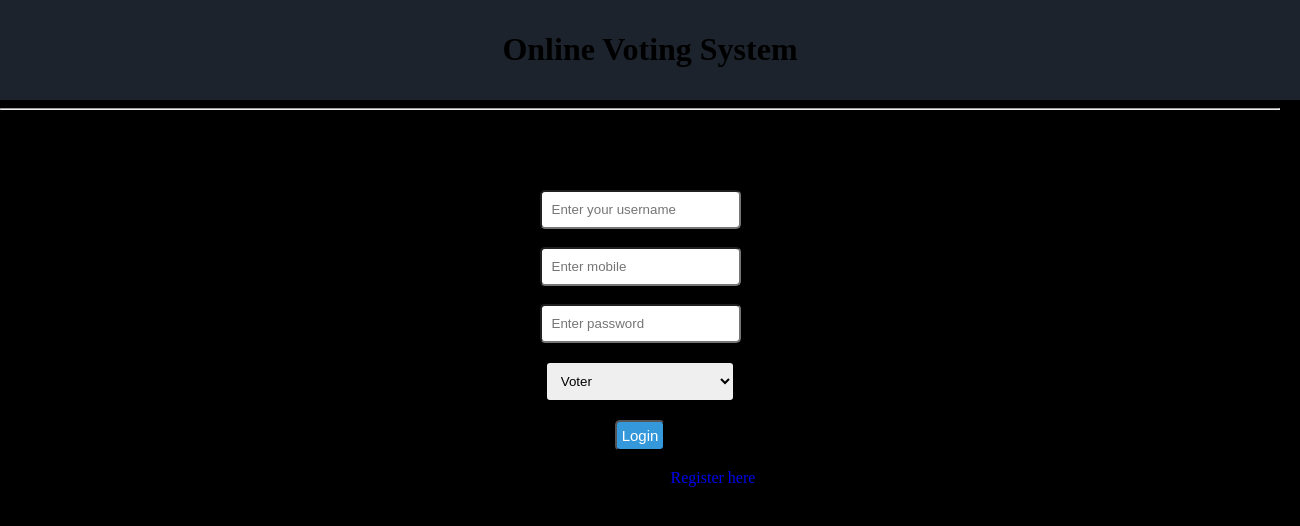
Repository: LeLoUcH-V-BrItAnIa/voting
Page: http://localhost/
These files come from the project's save history. The page is drawn as it stood at one moment and after the next save; the edit follows.
The browser window is 1280 px wide. The page is 1300 px wide, so the pictures cover 1300 px, including what lies to the right of the window. The pictures show the whole page.
The page is run by PHP 8.4 with error messages shown; the project is at /var/www/html/.

Above is the page before, as saved 2023-08-31 11:58:01.

After the next save:
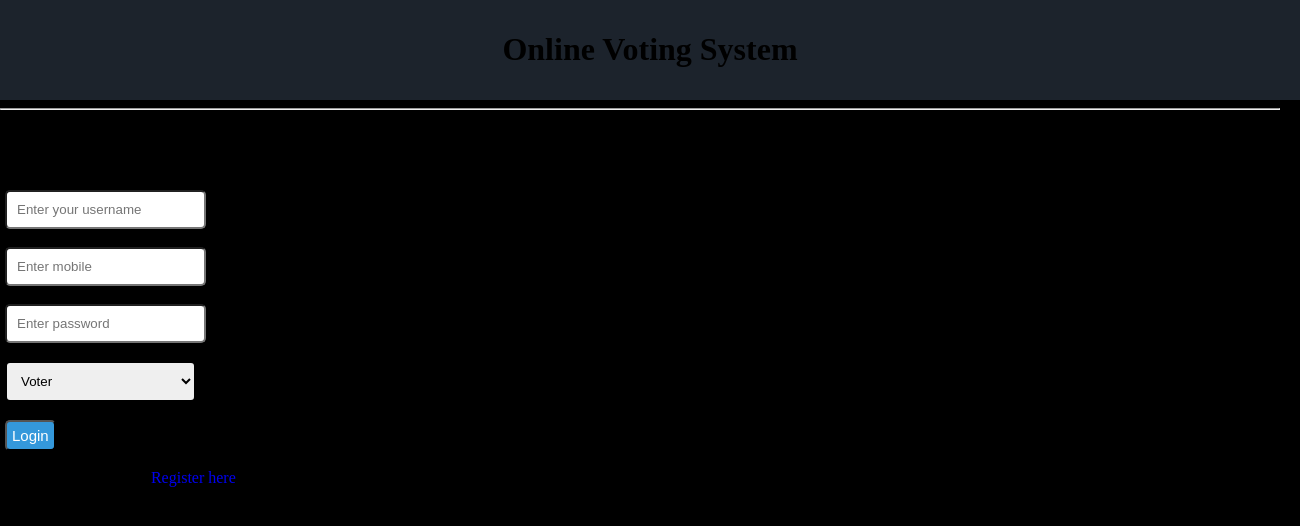
Saved 38 s later.
--- a/online-voting-system/index.php
+++ b/online-voting-system/index.php
@@ -5,7 +5,7 @@
     </head>
     <body>
 
-            <center>
+
             <div id="headerSection" >
             <h1>Online Voting System</h1>
             </div>

After the 2 saves that followed:
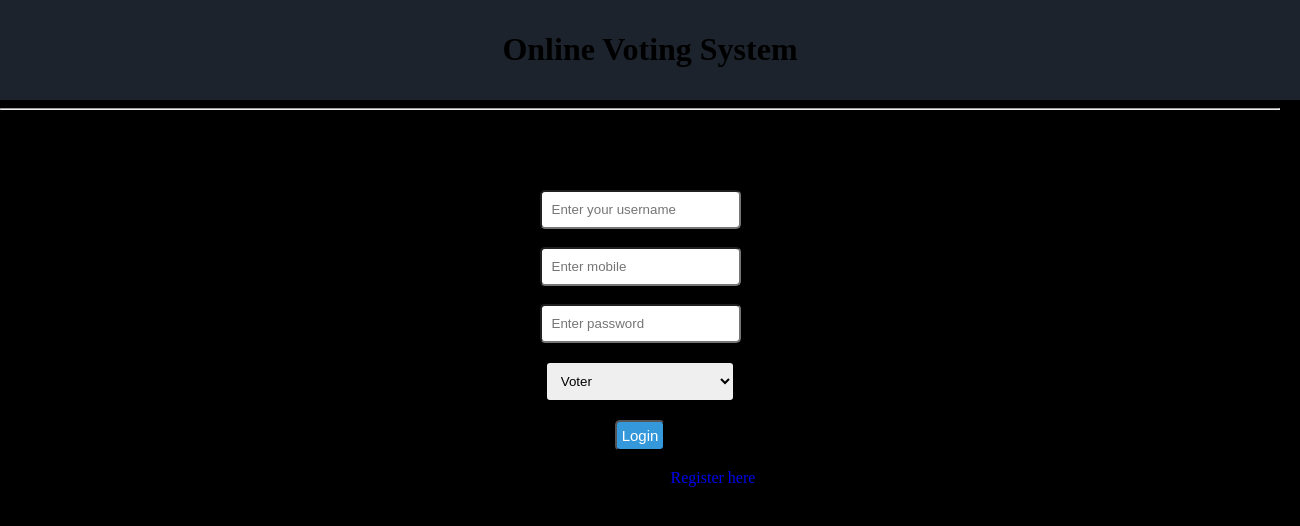
The 2 saves are shown as one change because 1 left the picture as it was.
The last was saved 15 s later.
--- a/online-voting-system/index.php
+++ b/online-voting-system/index.php
@@ -5,7 +5,7 @@
     </head>
     <body>
 
-
+            <center>
             <div id="headerSection" >
             <h1>Online Voting System</h1>
             </div>
